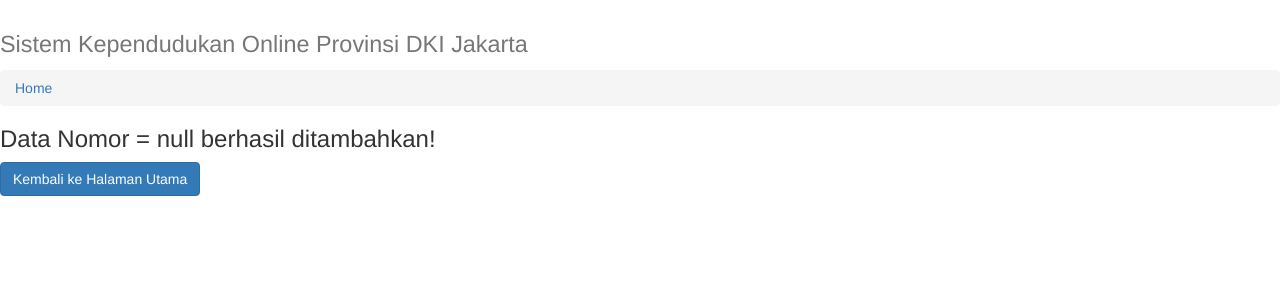
Repository: apap-2017/tugas1_1406544135
Page: http://localhost/sukses
The author's editor kept a copy of each file at every save. The page is drawn from the files as they stood at one save, then again after the next save.
The browser window is 1280 px wide. The pictures show the whole page.
The page is this project's Thymeleaf template; nobody is signed in. The template is opened directly, without the code that normally fills it, so the values that code supplies are empty.

Above is the page before, as saved 2017-10-10 17:26:53.

After the next save:
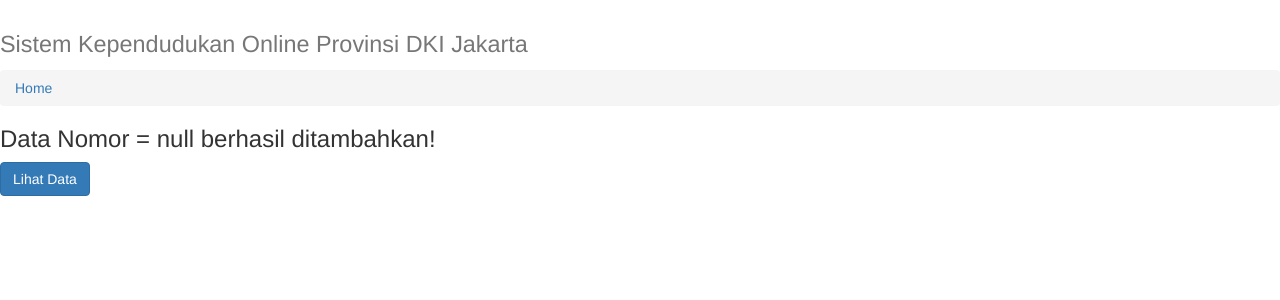
Saved 47 s later.
--- a/Tugas1_1406544135/src/main/resources/templates/sukses.html
+++ b/Tugas1_1406544135/src/main/resources/templates/sukses.html
@@ -19,7 +19,7 @@
 		<div class="box-footer">
 			<div class="pull-left">
 				<a th:href="@{/}"
-					class="btn btn-primary btn-block btn-flat">Kembali ke Halaman Utama</a>
+					class="btn btn-primary btn-block btn-flat">Lihat Data</a>
 			</div>
 		</div>
     </body>
